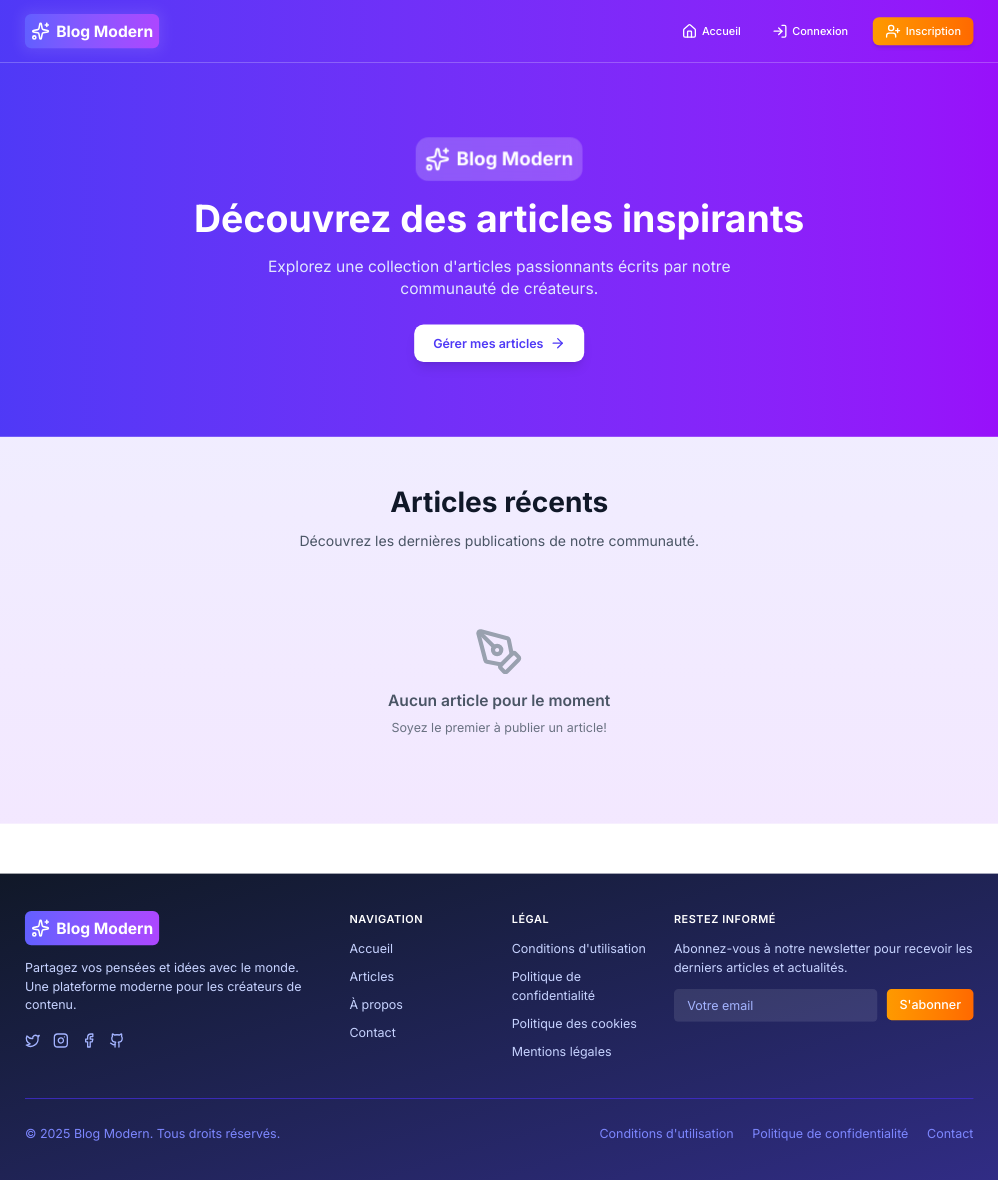
Repository: lamatmed/blognextjsapi
Page: /
The author's editor kept a copy of each file at every save. The page is drawn from the files as they stood at one save, then again after a run of saves.
The browser window is 1280 px wide. The pictures show the whole page, at 78% of full size.
The page's requests for data from a server got no answer. The project was rebuilt for these pictures with package versions that can differ from the ones it lists, and the page was loaded fresh each time. The framework's server and built-in components were replaced by stand-ins that run in the browser. No one was signed in, and anything a server would have sent is missing. Also part of the build but not shown: next.config.ts.

Above is the page before, as saved 2025-08-25 11:47:09.

### app/layout.tsx
import type { Metadata } from 'next';
import { Inter } from 'next/font/google';
import './globals.css';
import Navbar from './components/Navbar';
import Footer from './components/Footer';
import { AuthProvider } from '@/context/AuthContext';

const inter = Inter({ subsets: ['latin'] });

export const metadata: Metadata = {
  title: 'Blog Modern',
  description: 'Une application de blog moderne et élégante',
};

export default function RootLayout({
  children,
}: {
  children: React.ReactNode;
}) {
  return (
    <html lang="fr">
      <body className={`${inter.className} flex flex-col min-h-screen`}>
        <AuthProvider>
          <Navbar />
          <main className="flex-grow">
            {children}
          </main>
          <Footer />
        </AuthProvider>
      </body>
    </html>
  );
}

### app/page.tsx
/* eslint-disable react/no-unescaped-entities */
import Link from 'next/link';
import { Post } from '@/types';
import { ArrowRight, Calendar, User, PenTool, Sparkles } from 'lucide-react';

async function getPosts(): Promise<Post[]> {
  const res = await fetch(`${process.env.NEXT_PUBLIC_API_URL}/api/posts`, {
    cache: 'no-store',
  });
  if (!res.ok) throw new Error('Failed to fetch posts');
  return res.json();
}

export default async function Home() {
  let posts: Post[] = [];

  try {
    posts = await getPosts();
  } catch (error) {
    console.error('Error fetching posts:', error);
  }

  return (
    <div className="min-h-screen bg-gradient-to-b from-indigo-50 to-purple-100">
      {/* Hero Section */}
      <section className="bg-gradient-to-r from-indigo-600 to-purple-600 text-white py-16 md:py-24">
        <div className="container mx-auto px-4 text-center">
          <div className="flex justify-center mb-6">
            <div className="flex items-center bg-white/20 backdrop-blur-sm p-3 rounded-2xl">
              <Sparkles className="h-8 w-8 mr-2" />
              <span className="text-2xl font-bold">Blog Modern</span>
            </div>
          </div>
          <h1 className="text-4xl md:text-5xl font-bold mb-6">
            Découvrez des articles inspirants
          </h1>
          <p className="text-xl text-indigo-100 max-w-2xl mx-auto mb-8">
            Explorez une collection d'articles passionnants écrits par notre communauté de créateurs.
          </p>
          <Link
            href="/posts"
            className="inline-flex items-center bg-white text-indigo-600 font-semibold py-3 px-6 rounded-xl hover:bg-gray-100 transition-all duration-300 shadow-lg hover:shadow-xl"
          >
            Gérer mes articles
            <ArrowRight className="ml-2 h-5 w-5" />
          </Link>
        </div>
      </section>

      {/* Posts Section */}
      <section className="container mx-auto px-4 py-12 md:py-16">
        <div className="text-center mb-12">
          <h2 className="text-3xl md:text-4xl font-bold text-gray-900 mb-4">
            Articles récents
          </h2>
          <p className="text-lg text-gray-600 max-w-2xl mx-auto">
            Découvrez les dernières publications de notre communauté.
          </p>
        </div>

        {posts.length === 0 ? (
          <div className="text-center py-12">
            <PenTool className="h-16 w-16 text-gray-400 mx-auto mb-4" />
            <h3 className="text-xl font-semibold text-gray-600 mb-2">
              Aucun article pour le moment
            </h3>
            <p className="text-gray-500">
              Soyez le premier à publier un article!
            </p>
          </div>
        ) : (
          <div className="grid gap-8 md:grid-cols-2 lg:grid-cols-3">
            {posts.map((post) => (
              <article
                key={post.id}
                className="bg-white rounded-2xl overflow-hidden shadow-lg hover:shadow-xl transition-all duration-300 transform hover:-translate-y-1"
              >
                <div className="p-6">
                  <h3 className="text-xl font-semibold text-gray-900 mb-3 line-clamp-2">
                    {post.title}
                  </h3>
                  <p className="text-gray-600 mb-4 line-clamp-3">
                    {post.content}
                  </p>
                  <div className="flex items-center justify-between text-sm text-gray-500">
                    <div className="flex items-center">
                      <User className="h-4 w-4 mr-1" />
                      <span>{post.user.name || post.user.phone}</span>
                    </div>
                    <div className="flex items-center">
                      <Calendar className="h-4 w-4 mr-1" />
                      <time dateTime={post.createdAt}>
                        {new Date(post.createdAt).toLocaleDateString('fr-FR', {
                          year: 'numeric',
                          month: 'long',
                          day: 'numeric'
                        })}
                      </time>
                    </div>
                  </div>
                </div>
              </article>
            ))}
          </div>
        )}
      </section>

      {/* CTA Section */}
      {posts.length > 0 && (
        <section className="bg-gradient-to-r from-amber-500 to-orange-500 py-12">
          <div className="container mx-auto px-4 text-center">
            <h2 className="text-2xl md:text-3xl font-bold text-white mb-4">
              Prêt à partager vos idées?
            </h2>
            <p className="text-amber-100 mb-6 max-w-2xl mx-auto">
              Rejoignez notre communauté et commencez à écrire dès aujourd'hui.
            </p>
            <Link
              href="/posts"
              className="inline-flex items-center bg-white text-orange-600 font-semibold py-3 px-6 rounded-xl hover:bg-gray-100 transition-all duration-300 shadow-lg hover:shadow-xl"
            >
              Commencer à écrire
              <PenTool className="ml-2 h-5 w-5" />
            </Link>
          </div>
        </section>
      )}
    </div>
  );
}

### app/components/Navbar.tsx
'use client';

import Link from 'next/link';
import { useEffect, useState, useContext } from 'react';
import {
  Home,
  FileText,
  User,
  LogIn,
  UserPlus,
  LogOut,
  Menu,
  X,
  BookOpen,
  PenTool,
  Sparkles
} from 'lucide-react';
import { AuthContext } from '@/context/AuthContext';

export default function Navbar() {
  const [mobileMenuOpen, setMobileMenuOpen] = useState(false);
  const [scrolled, setScrolled] = useState(false);
  const { isLoggedIn, user, logout } = useContext(AuthContext);

  useEffect(() => {
    const handleScroll = () => {
      const isScrolled = window.scrollY > 10;
      setScrolled(isScrolled);
    };

    window.addEventListener('scroll', handleScroll);
    return () => window.removeEventListener('scroll', handleScroll);
  }, []);

  const handleLogout = () => {
    logout();
    setMobileMenuOpen(false);
  };

  const toggleMobileMenu = () => {
    setMobileMenuOpen(!mobileMenuOpen);
  };

  return (
    <>
      <nav className={`sticky top-0 z-50 transition-all duration-300 ${scrolled ? 'bg-white/95 backdrop-blur-md shadow-md py-1' : 'bg-gradient-to-r from-indigo-600 to-purple-600 py-2'}`}>
        <div className="max-w-7xl mx-auto px-4 sm:px-6 lg:px-8">
          <div className="flex justify-between items-center h-16">
            {/* Logo */}
            <div className="flex items-center">
              <Link
                href="/"
                className="flex items-center text-xl font-bold"
                onClick={() => setMobileMenuOpen(false)}
              >
                <div className="relative">
                  <div className="absolute -inset-1 bg-white/30 rounded-lg blur opacity-30"></div>
                  <div className="relative flex items-center bg-gradient-to-r from-indigo-500 to-purple-500 text-white p-2 rounded-lg">
                    <Sparkles className="h-6 w-6 mr-2" />
                    <span className="hidden sm:inline">Blog Modern</span>
                  </div>
                </div>
              </Link>
            </div>

            {/* Menu desktop */}
            <div className="hidden md:flex items-center space-x-2">
              <Link
                href="/"
                className="flex items-center px-4 py-2 text-sm font-medium rounded-lg transition-all duration-200 text-white hover:bg-white/10 group"
              >
                <Home className="h-5 w-5 mr-1.5 group-hover:scale-110 transition-transform" />
                Accueil
              </Link>

              {isLoggedIn ? (
                <>
                  <Link
                    href="/posts"
                    className="flex items-center px-4 py-2 text-sm font-medium rounded-lg transition-all duration-200 text-white hover:bg-white/10 group"
                  >
                    <PenTool className="h-5 w-5 mr-1.5 group-hover:scale-110 transition-transform" />
                    Mes Articles
                  </Link>
                  <div className="flex items-center px-4 py-2 text-sm text-white/90">
                    <div className="flex items-center justify-center w-8 h-8 bg-white/20 rounded-full mr-2">
                      <User className="h-4 w-4" />
                    </div>
                    <span className="max-w-xs truncate">{user?.name || user?.phone}</span>
                  </div>
                  <button
                    onClick={handleLogout}
                    className="flex items-center px-4 py-2 text-sm font-medium text-white bg-rose-500 rounded-lg hover:bg-rose-600 transition-all duration-200 shadow-md hover:shadow-lg ml-2"
                  >
                    <LogOut className="h-5 w-5 mr-1.5" />
                    Déconnexion
                  </button>
                </>
              ) : (
                <>
                  <Link
                    href="/auth/login"
                    className="flex items-center px-4 py-2 text-sm font-medium rounded-lg transition-all duration-200 text-white hover:bg-white/10 group"
                  >
                    <LogIn className="h-5 w-5 mr-1.5 group-hover:scale-110 transition-transform" />
                    Connexion
                  </Link>
                  <Link
                    href="/auth/register"
                    className="flex items-center px-4 py-2 text-sm font-medium text-white bg-gradient-to-r from-amber-500 to-orange-500 rounded-lg hover:from-amber-600 hover:to-orange-600 transition-all duration-200 shadow-md hover:shadow-lg ml-2 group"
                  >
                    <UserPlus className="h-5 w-5 mr-1.5 group-hover:scale-110 transition-transform" />
                    Inscription
                  </Link>
                </>
              )}
            </div>

            {/* Bouton menu mobile */}
            <div className="md:hidden flex items-center">
              <button
                onClick={toggleMobileMenu}
                className="inline-flex items-center justify-center p-2 rounded-lg text-white hover:bg-white/10 focus:outline-none focus:ring-2 focus:ring-white focus:ring-offset-2 focus:ring-offset-indigo-600 transition-all duration-200"
              >
                {mobileMenuOpen ? (
                  <X className="h-6 w-6" />
                ) : (
                  <Menu className="h-6 w-6" />
                )}
              </button>
            </div>
          </div>
        </div>

        {/* Menu mobile */}
        {mobileMenuOpen && (
          <div className="md:hidden bg-gradient-to-b from-indigo-600 to-purple-700 shadow-xl">
            <div className="px-2 pt-2 pb-4 space-y-1">
              <Link
                href="/"
                className="flex items-center px-3 py-3 text-base font-medium text-white rounded-lg hover:bg-white/10 transition-all duration-200 group"
                onClick={() => setMobileMenuOpen(false)}
              >
                <Home className="h-6 w-6 mr-3 group-hover:scale-110 transition-transform" />
                Accueil
              </Link>

              {isLoggedIn ? (
                <>
                  <Link
                    href="/posts"
                    className="flex items-center px-3 py-3 text-base font-medium text-white rounded-lg hover:bg-white/10 transition-all duration-200 group"
                    onClick={() => setMobileMenuOpen(false)}
                  >
                    <PenTool className="h-6 w-6 mr-3 group-hover:scale-110 transition-transform" />
                    Mes Articles
                  </Link>
                  <div className="flex items-center px-3 py-3 text-base font-medium text-white">
                    <div className="flex items-center justify-center w-8 h-8 bg-white/20 rounded-full mr-3">
                      <User className="h-5 w-5" />
                    </div>
                    Bonjour, {user?.name || user?.phone}
                  </div>
                  <button
                    onClick={handleLogout}
                    className="flex items-center w-full px-3 py-3 text-base font-medium text-white bg-rose-500 rounded-lg hover:bg-rose-600 transition-all duration-200 group"
                  >
                    <LogOut className="h-6 w-6 mr-3 group-hover:scale-110 transition-transform" />
                    Déconnexion
                  </button>
                </>
              ) : (
                <>
                  <Link
                    href="/auth/login"
                    className="flex items-center px-3 py-3 text-base font-medium text-white rounded-lg hover:bg-white/10 transition-all duration-200 group"
                    onClick={() => setMobileMenuOpen(false)}
                  >
                    <LogIn className="h-6 w-6 mr-3 group-hover:scale-110 transition-transform" />
                    Connexion
                  </Link>
                  <Link
                    href="/auth/register"
                    className="flex items-center px-3 py-3 text-base font-medium text-white bg-gradient-to-r from-amber-500 to-orange-500 rounded-lg hover:from-amber-600 hover:to-orange-600 transition-all duration-200 group"
                    onClick={() => setMobileMenuOpen(false)}
                  >
                    <UserPlus className="h-6 w-6 mr-3 group-hover:scale-110 transition-transform" />
                    Inscription
                  </Link>
                </>
              )}
            </div>
          </div>
        )}
      </nav>
    </>
  );
}

### app/components/Footer.tsx
/* eslint-disable react/no-unescaped-entities */
import { Facebook, Github, Instagram, Sparkles, Twitter } from "lucide-react";

export default function Footer() {
  return (
    <footer className="bg-gradient-to-br from-gray-900 to-indigo-900 text-white mt-16">
      <div className="max-w-7xl mx-auto px-4 sm:px-6 lg:px-8 py-12">
        <div className="grid grid-cols-1 md:grid-cols-3 gap-8">
          {/* Brand Section */}
          <div className="space-y-4">
            <div className="flex items-center">
              <div className="flex items-center bg-gradient-to-r from-indigo-500 to-purple-500 text-white p-2 rounded-lg">
                <Sparkles className="h-6 w-6 mr-2" />
                <span className="text-xl font-bold">Blog Modern</span>
              </div>
            </div>
            <p className="text-indigo-200 max-w-md">
              Partagez vos pensées et idées avec le monde. Une plateforme moderne pour les créateurs de contenu.
            </p>
            <div className="flex space-x-4 pt-2">
              <a href="#" className="text-indigo-300 hover:text-white transition-all duration-300 transform hover:scale-110">
                <Twitter className="h-5 w-5" />
              </a>
              <a href="#" className="text-indigo-300 hover:text-white transition-all duration-300 transform hover:scale-110">
                <Instagram className="h-5 w-5" />
              </a>
              <a href="#" className="text-indigo-300 hover:text-white transition-all duration-300 transform hover:scale-110">
                <Facebook className="h-5 w-5" />
              </a>
              <a href="#" className="text-indigo-300 hover:text-white transition-all duration-300 transform hover:scale-110">
                <Github className="h-5 w-5" />
              </a>
            </div>
          </div>

          {/* Links Section */}
          <div className="grid grid-cols-2 gap-8">
            <div>
              <h3 className="text-sm font-semibold text-white uppercase tracking-wider">Navigation</h3>
              <ul className="mt-4 space-y-3">
                <li>
                  <a href="#" className="text-base text-indigo-200 hover:text-white transition-colors duration-300">
                    Accueil
                  </a>
                </li>
                <li>
                  <a href="#" className="text-base text-indigo-200 hover:text-white transition-colors duration-300">
                    Articles
                  </a>
                </li>
                <li>
                  <a href="#" className="text-base text-indigo-200 hover:text-white transition-colors duration-300">
                    À propos
                  </a>
                </li>
                <li>
                  <a href="#" className="text-base text-indigo-200 hover:text-white transition-colors duration-300">
                    Contact
                  </a>
                </li>
              </ul>
            </div>
            <div>
              <h3 className="text-sm font-semibold text-white uppercase tracking-wider">Légal</h3>
              <ul className="mt-4 space-y-3">
                <li>
                  <a href="#" className="text-base text-indigo-200 hover:text-white transition-colors duration-300">
                    Conditions d'utilisation
                  </a>
                </li>
                <li>
                  <a href="#" className="text-base text-indigo-200 hover:text-white transition-colors duration-300">
                    Politique de confidentialité
                  </a>
                </li>
                <li>
                  <a href="#" className="text-base text-indigo-200 hover:text-white transition-colors duration-300">
                    Politique des cookies
                  </a>
                </li>
                <li>
                  <a href="#" className="text-base text-indigo-200 hover:text-white transition-colors duration-300">
                    Mentions légales
                  </a>
                </li>
              </ul>
            </div>
          </div>

          {/* Newsletter Section */}
          <div>
            <h3 className="text-sm font-semibold text-white uppercase tracking-wider">Restez informé</h3>
            <p className="mt-4 text-indigo-200">
              Abonnez-vous à notre newsletter pour recevoir les derniers articles et actualités.
            </p>
            <form className="mt-4 sm:flex sm:max-w-md">
              <label htmlFor="email-address" className="sr-only">Adresse email</label>
              <input
                type="email"
                name="email-address"
                id="email-address"
                autoComplete="email"
                required
                className="w-full min-w-0 appearance-none rounded-md border border-transparent bg-white/10 px-4 py-2 text-base text-white placeholder-indigo-300 focus:border-white focus:outline-none focus:ring-2 focus:ring-white"
                placeholder="Votre email"
              />
              <div className="mt-3 rounded-md sm:mt-0 sm:ml-3 sm:flex-shrink-0">
                <button
                  type="submit"
                  className="flex w-full items-center justify-center rounded-md bg-gradient-to-r from-amber-500 to-orange-500 px-4 py-2 text-base font-medium text-white hover:from-amber-600 hover:to-orange-600 focus:outline-none focus:ring-2 focus:ring-orange-500 focus:ring-offset-2 transition-all duration-300"
                >
                  S'abonner
                </button>
              </div>
            </form>
          </div>
        </div>

        {/* Bottom Section */}
        <div className="mt-12 pt-8 border-t border-indigo-700 flex flex-col md:flex-row justify-between items-center">
          <p className="text-base text-indigo-400">
            &copy; {new Date().getFullYear()} Blog Modern. Tous droits réservés.
          </p>
          <div className="flex space-x-6 mt-4 md:mt-0">
            <a href="#" className="text-indigo-400 hover:text-white transition-colors duration-300">
              Conditions d'utilisation
            </a>
            <a href="#" className="text-indigo-400 hover:text-white transition-colors duration-300">
              Politique de confidentialité
            </a>
            <a href="#" className="text-indigo-400 hover:text-white transition-colors duration-300">
              Contact
            </a>
          </div>
        </div>
      </div>
    </footer>
  );
}

### context/AuthContext.tsx
// context/AuthContext.tsx
'use client';

import React, { createContext, useState, useEffect, ReactNode } from 'react';

interface User {
  name: string;
  phone: string;
}

interface AuthContextType {
  isLoggedIn: boolean;
  user: User | null;
  login: (token: string, userData: User) => void;
  logout: () => void;
}

export const AuthContext = createContext<AuthContextType>({
  isLoggedIn: false,
  user: null,
  login: () => {},
  logout: () => {},
});

export const AuthProvider = ({ children }: { children: ReactNode }) => {
  const [isLoggedIn, setIsLoggedIn] = useState(false);
  const [user, setUser] = useState<User | null>(null);

  useEffect(() => {
    const token = localStorage.getItem('token');
    const userData = localStorage.getItem('user');

    if (token && userData) {
      setIsLoggedIn(true);
      setUser(JSON.parse(userData));
    }
  }, []);

  const login = (token: string, userData: User) => {
    localStorage.setItem('token', token);
    localStorage.setItem('user', JSON.stringify(userData));
    setIsLoggedIn(true);
    setUser(userData);
  };

  const logout = () => {
    localStorage.removeItem('token');
    localStorage.removeItem('user');
    setIsLoggedIn(false);
    setUser(null);
  };

  return (
    <AuthContext.Provider value={{ isLoggedIn, user, login, logout }}>
      {children}
    </AuthContext.Provider>
  );
};

Loaded but not shown: app/globals.css (common file)

After the next 2 saves:
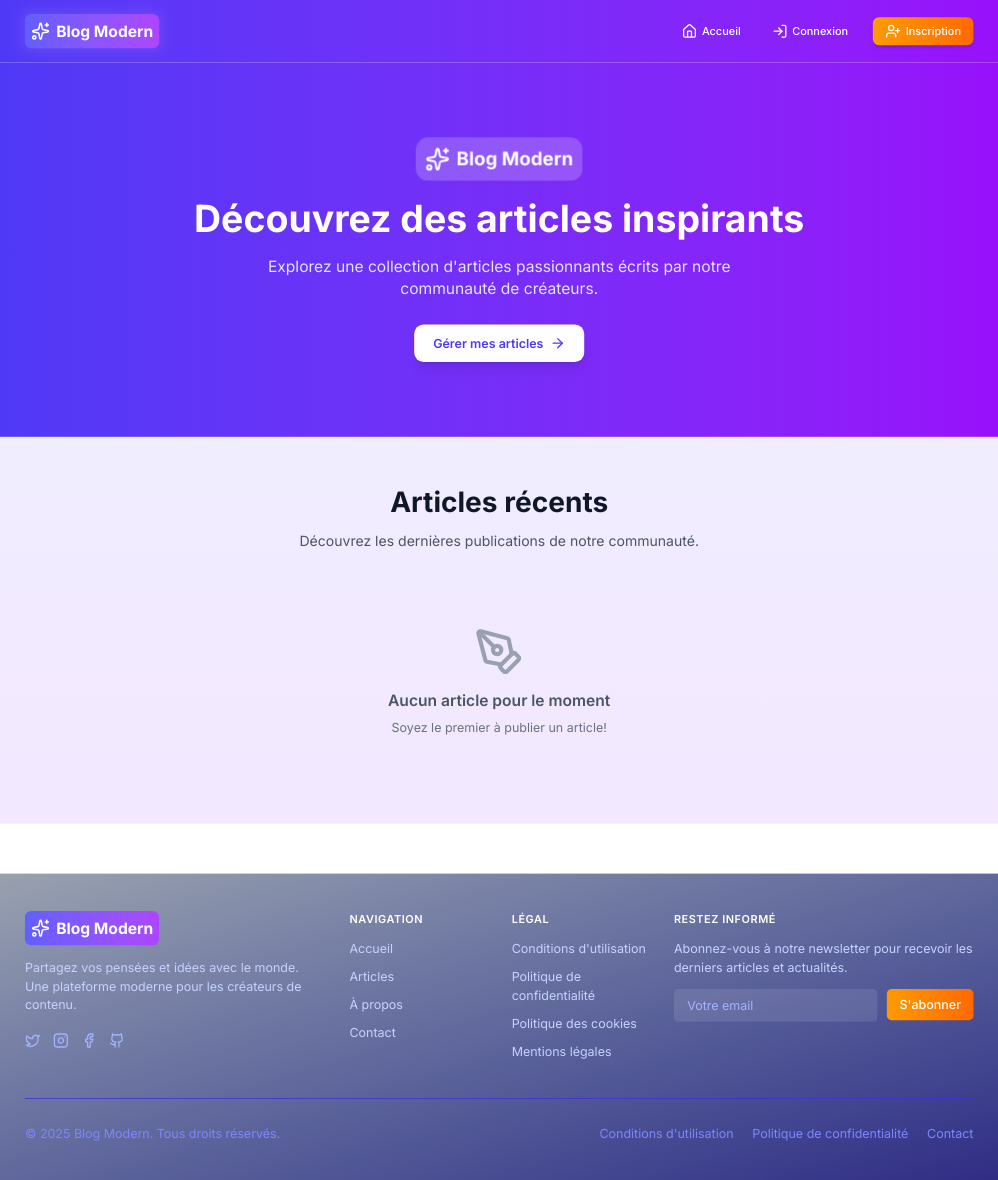
The 2 saves are shown as one change because they came seconds apart.
The last was saved 91 s later.
--- a/app/components/Footer.tsx
+++ b/app/components/Footer.tsx
@@ -3,7 +3,7 @@ import { Facebook, Github, Instagram, Sparkles, Twitter } from "lucide-react";
 
 export default function Footer() {
   return (
-    <footer className="bg-gradient-to-br from-gray-900 to-indigo-900 text-white mt-16">
+    <footer className="bg-gradient-to-br from-gray-400 to-indigo-900 text-white mt-16">
       <div className="max-w-7xl mx-auto px-4 sm:px-6 lg:px-8 py-12">
         <div className="grid grid-cols-1 md:grid-cols-3 gap-8">
           {/* Brand Section */}
